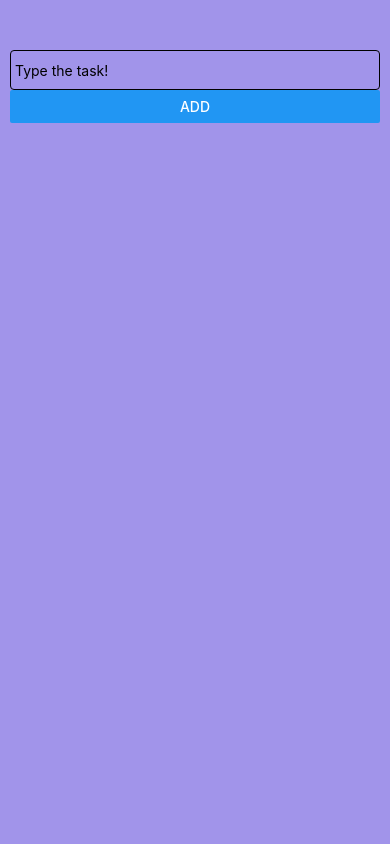
Repository: md-ateeq/ToDoApp
Screen: /
The author's editor kept a copy of each file at every save. The screen is drawn from the files as they stood at one save, then again after a run of saves.
The app was drawn by React Native's web renderer in a window 390 px wide. The project was rebuilt for these pictures with package versions that can differ from the ones it lists, and the page was loaded fresh each time.

Above is the screen before, as saved 2019-09-20 18:26:21.

After the next 3 saves:
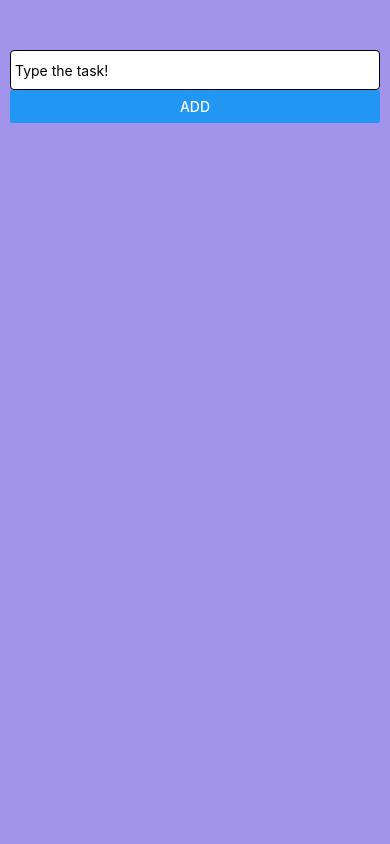
The 3 saves are shown as one change because 1 did not build or start and some came seconds apart.
The last was saved 24 s later.
--- a/App.js
+++ b/App.js
@@ -31,7 +31,7 @@ export default class createTaskList extends Component {
     return (
       <View style={{padding: 10, backgroundColor: '#a194ea', flex: 1}}>
         <TextInput
-          style={{height: 40, marginTop: 40, borderWidth: 1, borderRadius: 4, padding: 4}}
+          style={{height: 40, marginTop: 40, borderWidth: 1, borderRadius: 4, padding: 4, backgroundColor: '#ffff'}}
           placeholder="Type the task!"
           onChangeText={(text) => this.setState({text})}
           value={this.state.text}
